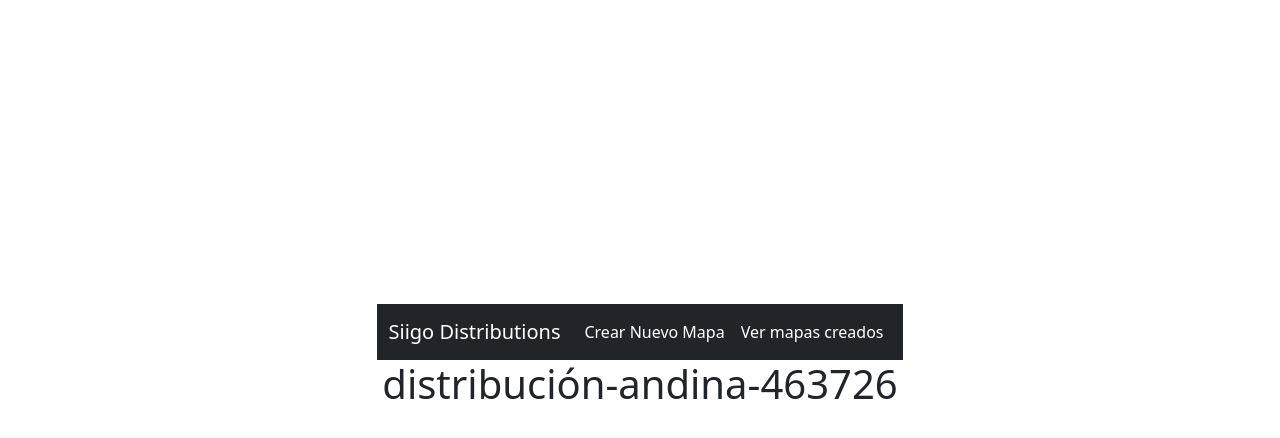
Repository: DevArthuro/Siigo-Distributions
Page: /ver-mapas/distribuci%C3%B3n-andina-463726 (app in frontend/)
An editor plug-in stored every save of this project. The page is shown before and after the next save, followed by the edit.
The browser window is 1280 px wide. The pictures show the whole page.
The project was rebuilt for these pictures with package versions that can differ from the ones it lists, and the page was loaded fresh each time. Also part of the build but not shown: frontend/vite.config.js, frontend/src/views/DashBoard.vue, frontend/src/components/CardMap.vue, frontend/src/views/WatchMaps.vue.

Above is the page before, as saved 2023-09-26 11:59:58.

### frontend/src/main.js
import { createApp } from 'vue'
import './style.css'
import App from './App.vue'

// Manage to routes
import routes from './routes'

// Import libraries to bootstrap in the folder node_modules
import 'bootstrap/dist/css/bootstrap.min.css'
import 'bootstrap/dist/js/bootstrap.bundle'


const app = createApp(App)

app.use(routes)

app.mount('#app')

### frontend/src/App.vue
<template>
    <router-view/>
</template>

### frontend/src/routes/index.js
import {createRouter, createWebHistory} from 'vue-router';
import dashboard from '../views/DashBoard.vue';
import wathchMaps from '../views/WatchMaps.vue';
import whatchSpecifictMap from '../views/WhatchSpecifictMap.vue'

const routes = [
    {
        path: '/',
        name: 'DashBoard',
        component: dashboard
    },
    {
        path: '/ver-mapas/',
        name: 'Watch-Maps',
        component: wathchMaps
    },
    {
        path: '/ver-mapas/:slug',
        name: 'whatch-specifict-map',
        component: whatchSpecifictMap
    }
];

const router = createRouter({
    history: createWebHistory(),
    routes
});

export default router;

### frontend/src/views/WhatchSpecifictMap.vue
<template>
    <navbar/>
    <h1>{{ param.params.slug }}</h1>
</template>

<script setup>
    import navbar from '../components/Navbar.vue'

    import { useRoute } from 'vue-router'

    const param = useRoute()
</script>

### frontend/src/components/Navbar.vue
<template>
    <nav class="navbar navbar-expand-lg navbar-dark bg-dark">
        <div class="container-fluid">
          <router-link class="navbar-brand" :to="backViewDashBoard">Siigo Distributions</router-link>
          <button class="navbar-toggler" type="button" data-bs-toggle="collapse" data-bs-target="#navbarNavAltMarkup" aria-controls="navbarNavAltMarkup" aria-expanded="false" aria-label="Toggle navigation">
            <span class="navbar-toggler-icon"></span>
          </button>
          <div class="collapse navbar-collapse justify-content-end" id="navbarNavAltMarkup">
            <div class="navbar-nav">
              <a class="nav-link active" aria-current="page" href="#">Crear Nuevo Mapa</a>
              <router-link class="nav-link active" aria-current="page" :to="nextViewWatchMaps">Ver mapas creados</router-link>
            </div>
          </div>
        </div>
      </nav>
</template>

<script setup>

import {useRouter} from 'vue-router'

const router = useRouter()

const nextViewWatchMaps = {
  name: 'Watch-Maps'
}

const backViewDashBoard = {
  name: 'DashBoard'
}

</script>

Loaded but not shown: frontend/index.html (common file); frontend/src/style.css (common file)

After the next save:
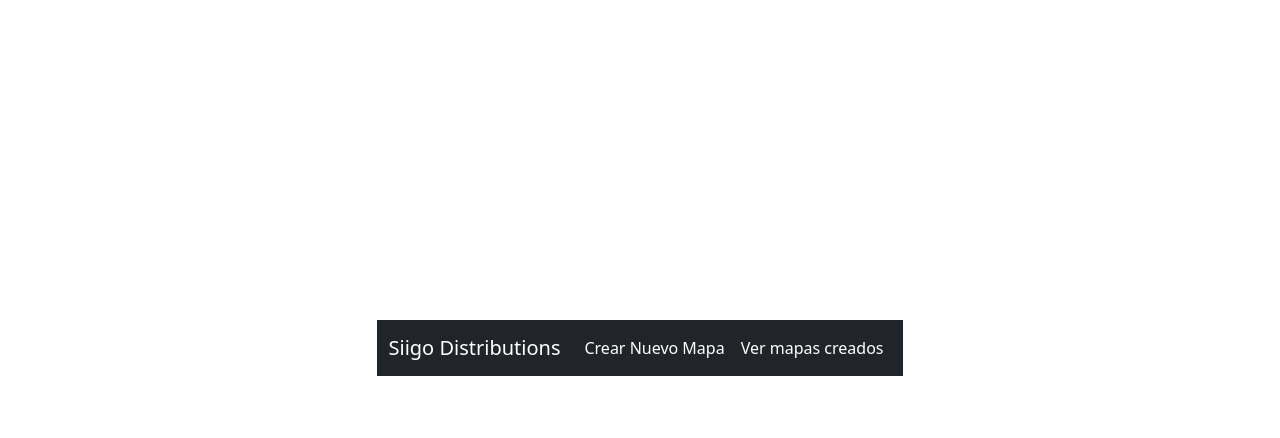
Saved 95 s later.
--- a/frontend/src/views/WhatchSpecifictMap.vue
+++ b/frontend/src/views/WhatchSpecifictMap.vue
@@ -1,6 +1,10 @@
 <template>
     <navbar/>
-    <h1>{{ param.params.slug }}</h1>
+    <div class="container mt-4">
+        <div id="map-sigma">
+
+        </div>
+    </div>
 </template>
 
 <script setup>
